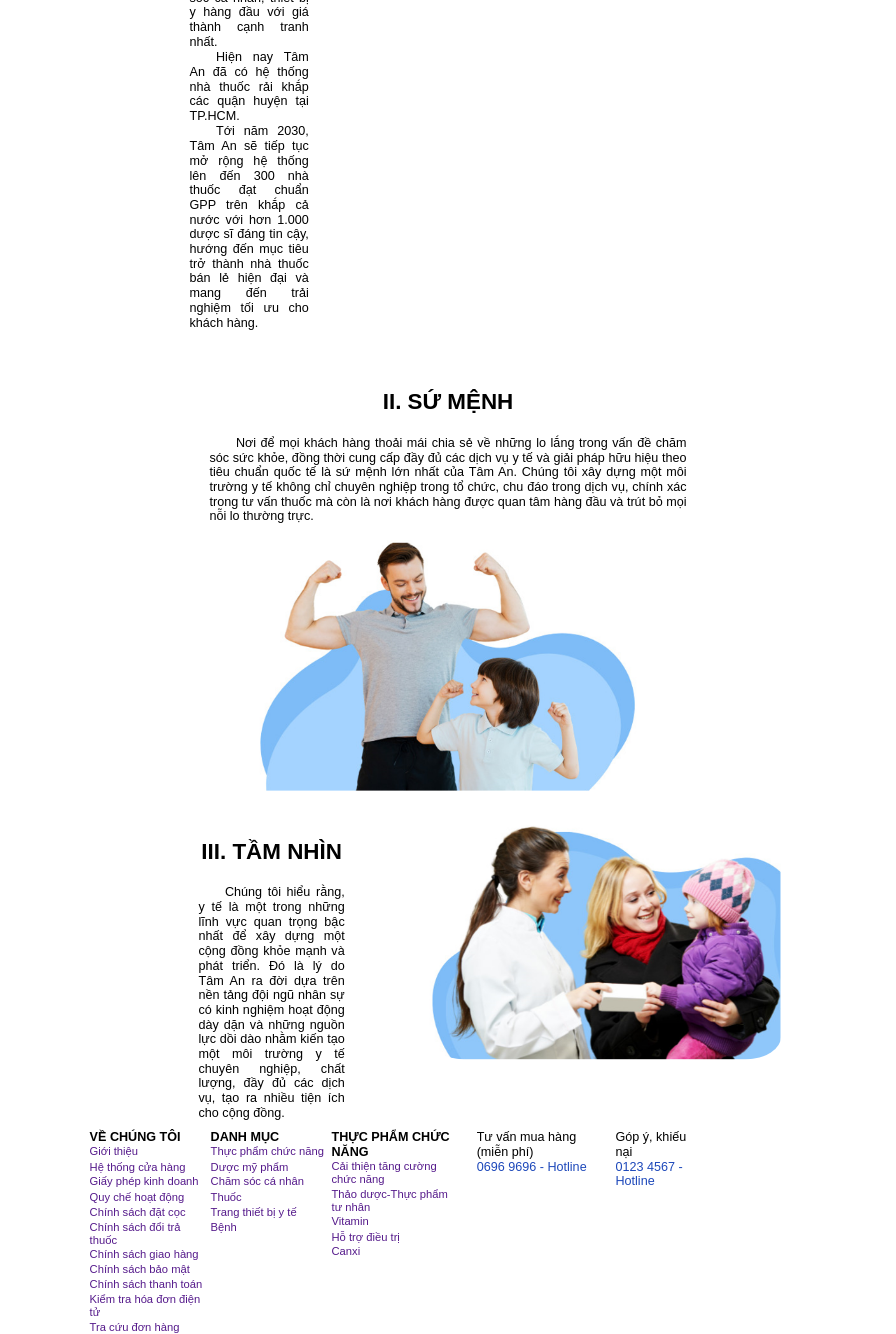
Repository: ViralAIWorks/TamAnPharmacy.github.io
Page: pages/thongtin.html
An editor plug-in stored every save of this project. The page is shown before and after the next save, followed by the edit.
The browser window is 1280 px wide. The pictures show the part of the page from y = 1009 to 2929 px (the page is 2915 px tall before and 2929 px after), at 70% of full size.
Some web fonts or font styles are not loaded; a fallback is used.

Above is the page before, as saved 2022-03-14 10:42:57.

After the next save:
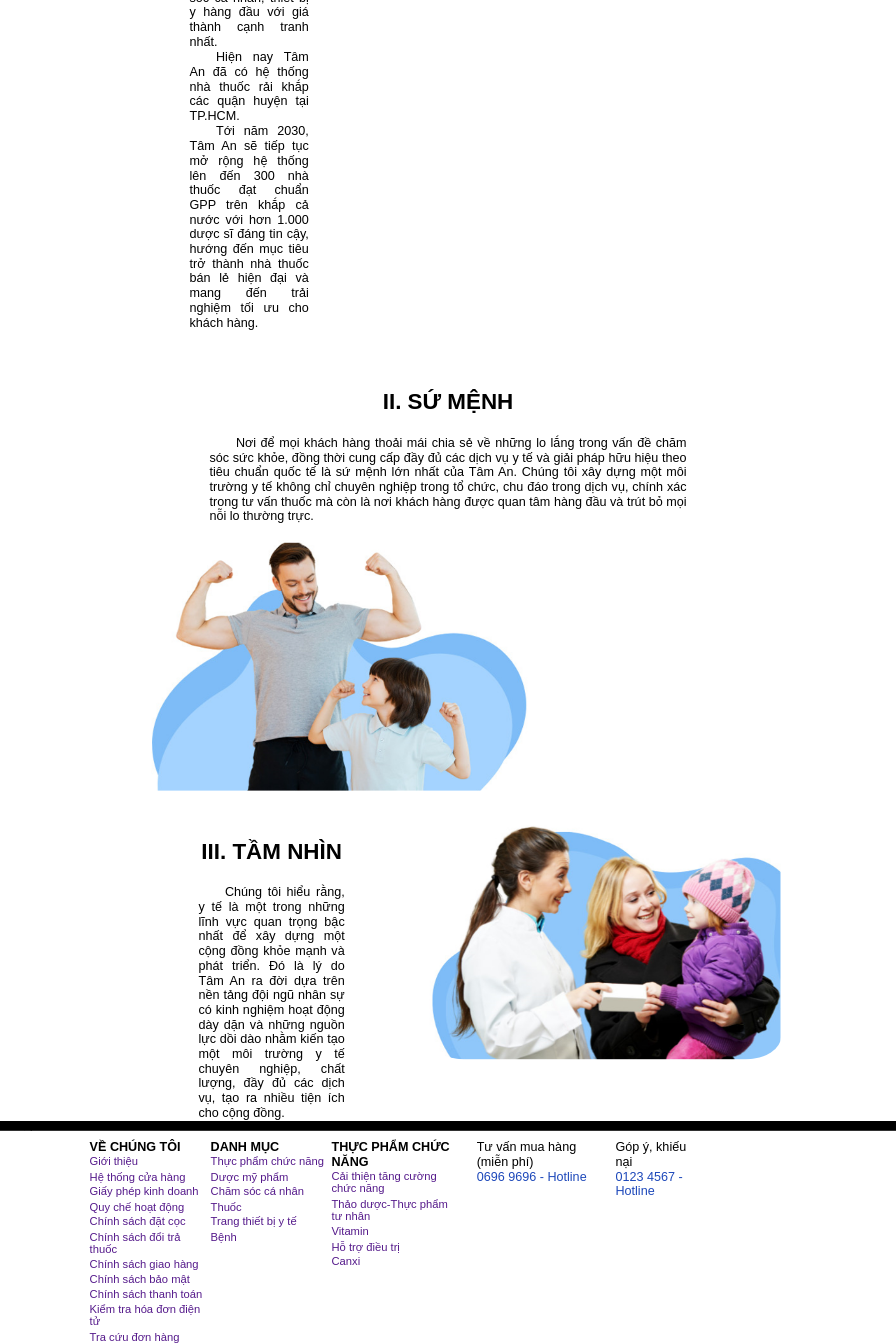
Saved 19 s later.
--- a/pages/thongtin.html
+++ b/pages/thongtin.html
@@ -75,10 +75,8 @@
                         <h3 class="titleSize">II. SỨ MỆNH</h3>
                         <p>Nơi để mọi khách hàng thoải mái chia sẻ về những lo lắng trong vấn đề chăm sóc sức khỏe, đồng thời cung cấp đầy đủ các dịch vụ y tế và giải pháp hữu hiệu theo tiêu chuẩn quốc tế là sứ mệnh lớn nhất của Tâm An. Chúng tôi xây dựng
                             một môi trường y tế không chỉ chuyên nghiệp trong tổ chức, chu đáo trong dịch vụ, chính xác trong tư vấn thuốc mà còn là nơi khách hàng được quan tâm hàng đầu và trút bỏ mọi nỗi lo thường trực.</p>
+                        <img src="images/4NewInfo/3.png" id="img3-position">
                     </div>
-                    <center>
-                        <img src="images/4NewInfo/3.png" id="img3-position">
-                    </center>
                 </div>
             </div>
             <br>
@@ -99,6 +97,9 @@
     </main>
 </body>
 <footer>
+    <div class="ft-bar">
+        <p>Lorem, ipsum dolor.</p>
+    </div>
     <div class="list">
         <div class="footer-menu">
             <h2>VỀ CHÚNG TÔI</h2>
